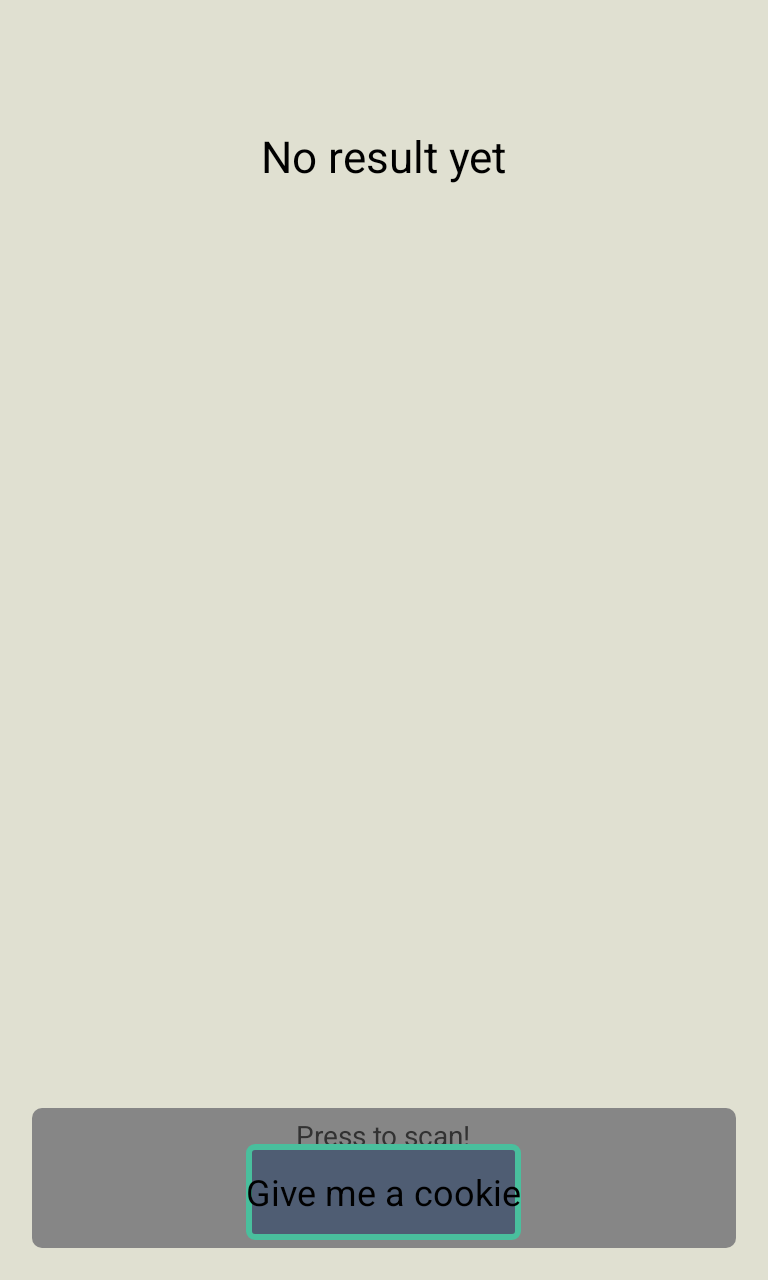
Repository: Kitsopappas/QBIReader
Layout: QBIReader/res/layout/activity_main.xml
These files come from the project's save history. The layout is drawn as it stood at one moment and after the next save; the edit follows.
It is drawn on a 768 x 1280 px phone screen (xhdpi) without system bars, with theme AppTheme; the app's code is not run.

Above is the layout before, as saved 2015-03-09 01:27:17.

### QBIReader/res/layout/activity_main.xml
<RelativeLayout xmlns:android="http://schemas.android.com/apk/res/android"
    xmlns:tools="http://schemas.android.com/tools"
    android:layout_width="match_parent"
    android:layout_height="match_parent"
    android:background="#e0e0d1"
    android:paddingBottom="@dimen/activity_vertical_margin"
    android:paddingLeft="@dimen/activity_horizontal_margin"
    android:paddingRight="@dimen/activity_horizontal_margin"
    android:paddingTop="@dimen/activity_vertical_margin"
    tools:context="com.qbireader.MainActivity" >

    <TextView
        android:id="@+id/result"
        android:layout_width="wrap_content"
        android:layout_height="wrap_content"
        android:layout_alignParentTop="true"
        android:layout_centerHorizontal="true"
        android:layout_marginTop="47dp"
        android:text="@string/result"
        android:textAppearance="?android:attr/textAppearanceLarge" />

    <RelativeLayout
        android:id="@+id/relativeLayout1"
        android:layout_width="match_parent"
        android:layout_height="70dp"
        android:layout_alignParentBottom="true"
        android:layout_centerHorizontal="true"
        android:background="@drawable/rounded_panel" >

        <Button
            android:id="@+id/scan"
            android:layout_width="wrap_content"
            android:layout_height="wrap_content"
            android:layout_alignParentBottom="true"
            android:layout_centerHorizontal="true"
            android:background="@drawable/button_custom"
            android:text="@string/scan" />

        <TextView
            android:id="@+id/pts"
            android:layout_width="wrap_content"
            android:layout_height="wrap_content"
            android:layout_above="@+id/scan"
            android:layout_centerHorizontal="true"
            android:text="@string/pts" />

    </RelativeLayout>

</RelativeLayout>

### QBIReader/res/values/strings.xml
<?xml version="1.0" encoding="utf-8"?>
<resources>

    <string name="app_name">QBI Reader</string>
    <string name="hello_world">Hello world!</string>
    <string name="action_settings">Settings</string>
      <string name="result">No result yet</string>
      <string name="scan"> Give me a cookie </string>
      <string name="pts">Press to scan!</string>

</resources>

### QBIReader/res/drawable/rounded_panel.xml
<?xml version="1.0" encoding="utf-8"?>
<shape xmlns:android="http://schemas.android.com/apk/res/android"
    android:shape="rectangle" >
  <item>
        <shape android:shape="rectangle">
            <solid android:color="#4f5d73"/>
            <corners android:radius="2dp" />
        </shape>
    </item>
    <!-- view background color -->
    <solid android:color="#868686" >
    </solid>


    <!-- If you want to add some padding -->
    <padding
        android:bottom="4dp"
        android:left="4dp"
        android:right="4dp"
        android:top="4dp" >
    </padding>

    <!-- Here is the corner radius -->
    <corners android:radius="5dp" >
    </corners>

</shape>

### QBIReader/res/drawable/button_custom.xml
<?xml version="1.0" encoding="utf-8"?>
<selector xmlns:android="http://schemas.android.com/apk/res/android">

    <item android:state_pressed="true"><shape>
            <solid android:color="#4f5d73" />

            <stroke android:width="1dp" android:color="#76c2af" />

            <corners android:radius="5dp" />
        </shape></item>
    <item><shape>
            <gradient android:angle="270" android:endColor="#4f5d73" android:startColor="#4f5d73" />

            <stroke android:width="3dp" android:color="#49bf9d" />

            <corners android:radius="3dp" />
        </shape></item>

</selector>

Loaded but not shown: QBIReader/res/values/styles.xml (common file); QBIReader/res/values-v11/styles.xml (common file); QBIReader/res/values-v14/styles.xml (common file); QBIReader/res/values/dimens.xml (common file); QBIReader/res/values-w820dp/dimens.xml (common file)

After the next save:
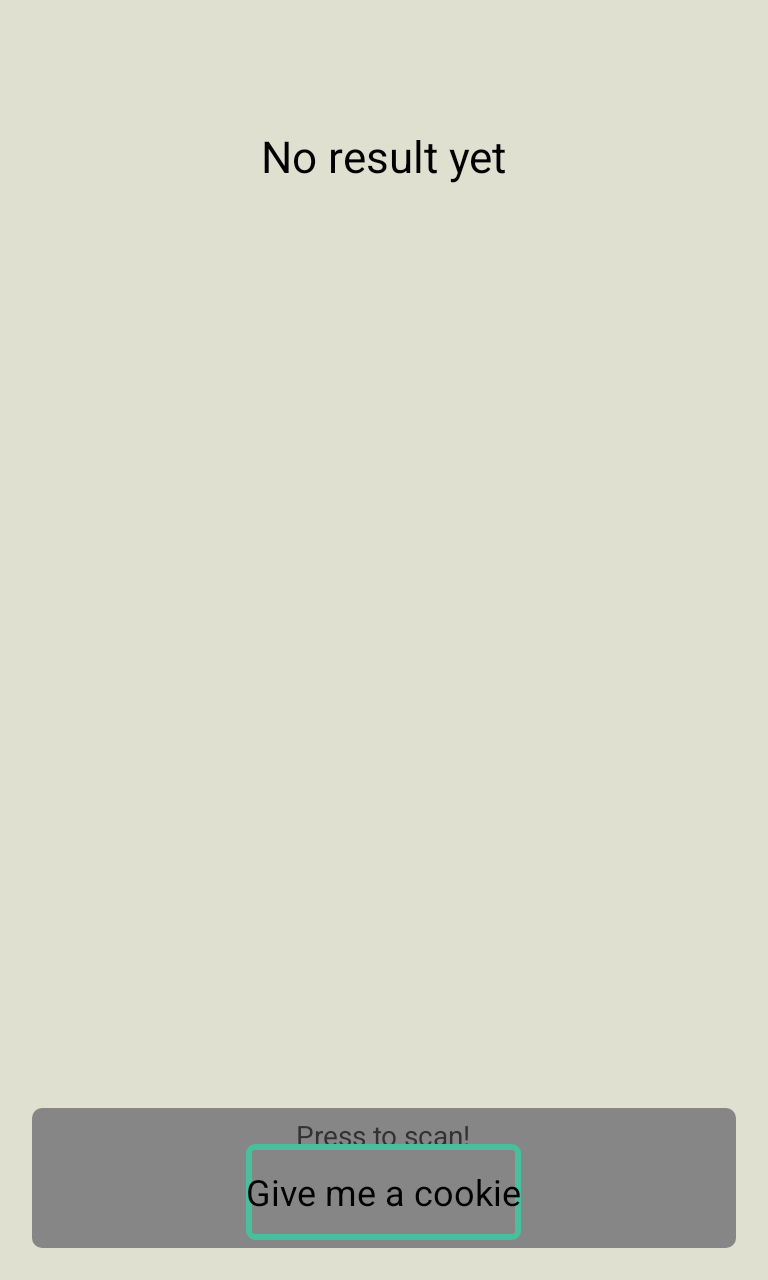
Saved 13 s later.
--- a/QBIReader/res/drawable/button_custom.xml
+++ b/QBIReader/res/drawable/button_custom.xml
@@ -9,7 +9,7 @@
             <corners android:radius="5dp" />
         </shape></item>
     <item><shape>
-            <gradient android:angle="270" android:endColor="#4f5d73" android:startColor="#4f5d73" />
+            <gradient android:angle="270" android:endColor="#868686" android:startColor="#868686" />
 
             <stroke android:width="3dp" android:color="#49bf9d" />
 
